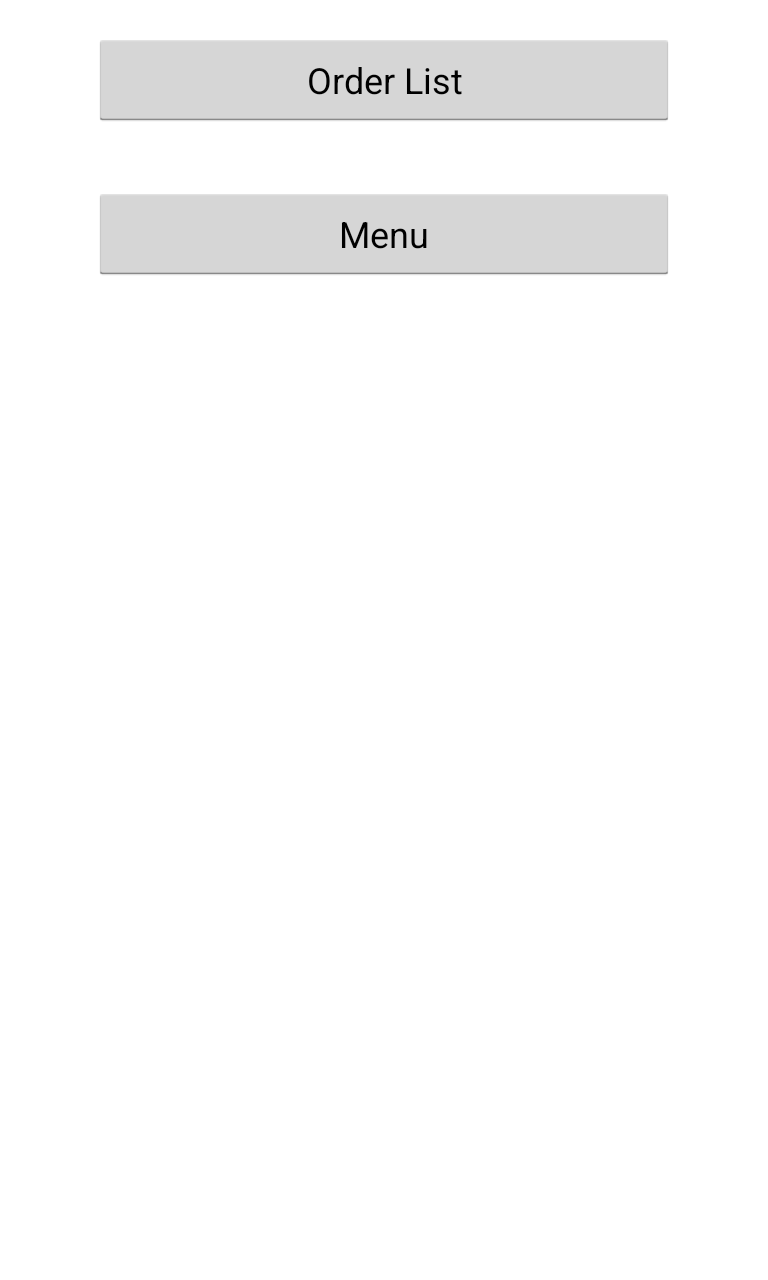
Repository: erenerdogan/ERMS
Layout: ERMSMobile/ERMS/res/layout/activity_main.xml
These files come from the project's save history. The layout is drawn as it stood at one moment and after the next save; the edit follows.
It is drawn on a 768 x 1280 px phone screen (xhdpi) without system bars, with theme AppTheme; the app's code is not run.

Above is the layout before, as saved 2013-12-21 15:34:49.

After the next save:
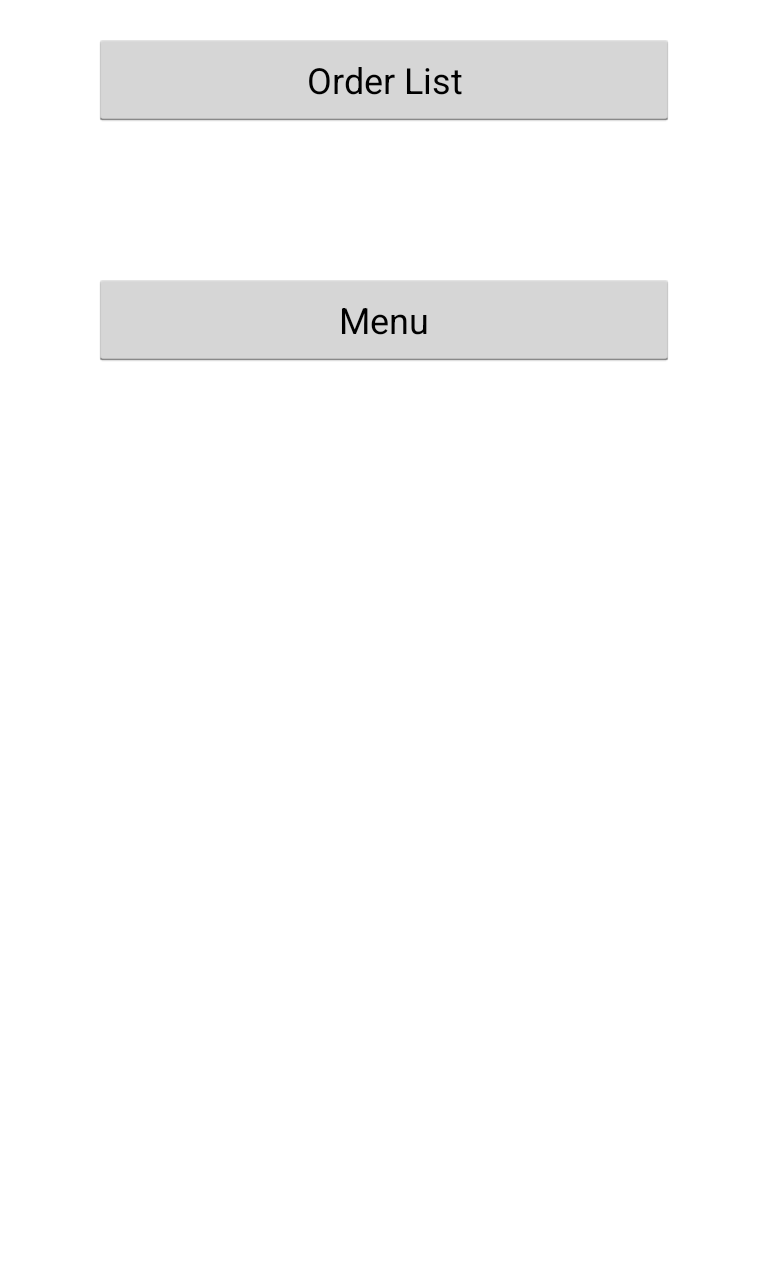
Saved 37 s later.
--- a/ERMSMobile/ERMS/res/layout/activity_main.xml
+++ b/ERMSMobile/ERMS/res/layout/activity_main.xml
@@ -16,7 +16,7 @@
         android:layout_alignParentTop="true"
         android:layout_marginLeft="30dp"
         android:layout_marginRight="30dp"
-        android:layout_marginTop="77dp"
+        android:layout_marginTop="120dp"
         android:text="Menu" />
 
     <Button
